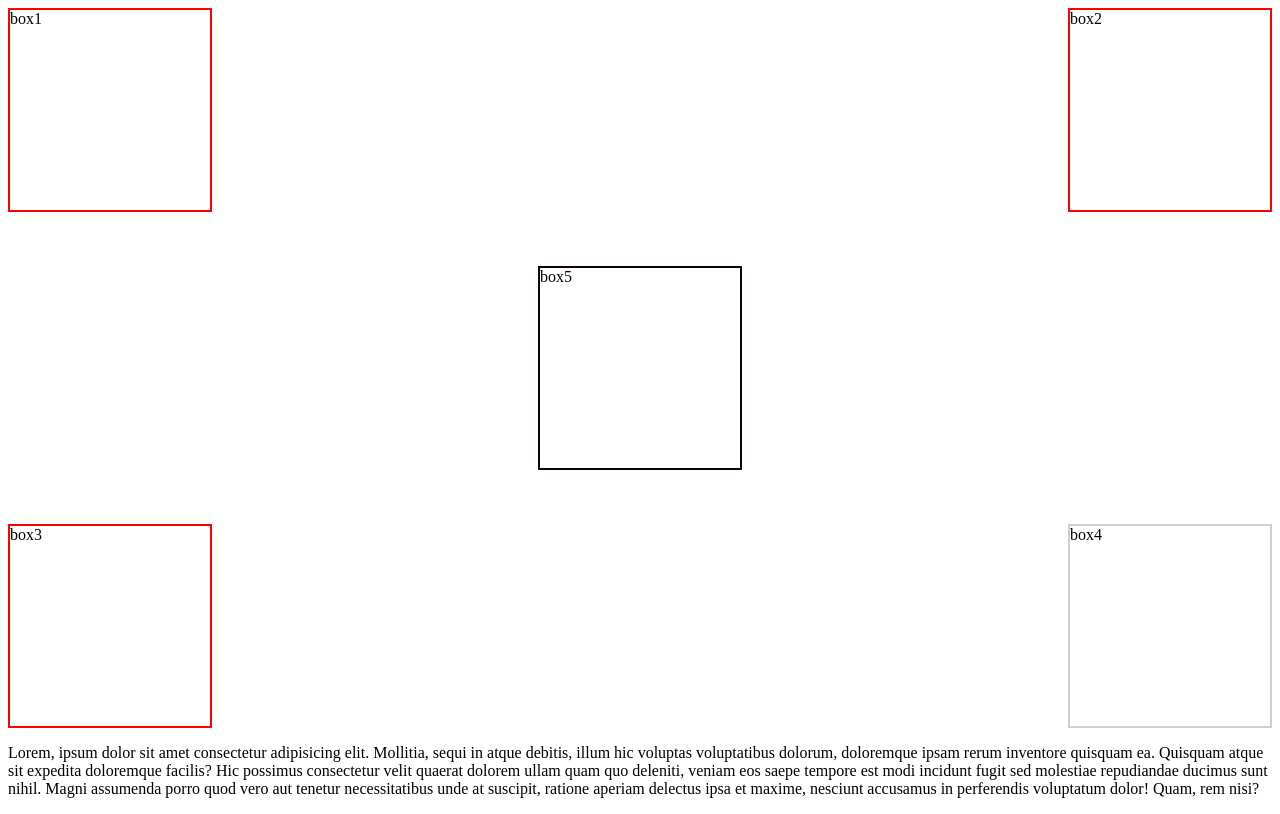
Repository: ABDUSALIMSUBAHIELBASHI/full-html-css-js
Page: Desktop/coding/css/index.html
The author's editor kept a copy of each file at every save. The page is drawn from the files as they stood at one save, then again after the next save.
The browser window is 1280 px wide. The pictures show the whole page.

Above is the page before, as saved 2025-09-16 08:57:00.

After the next save:
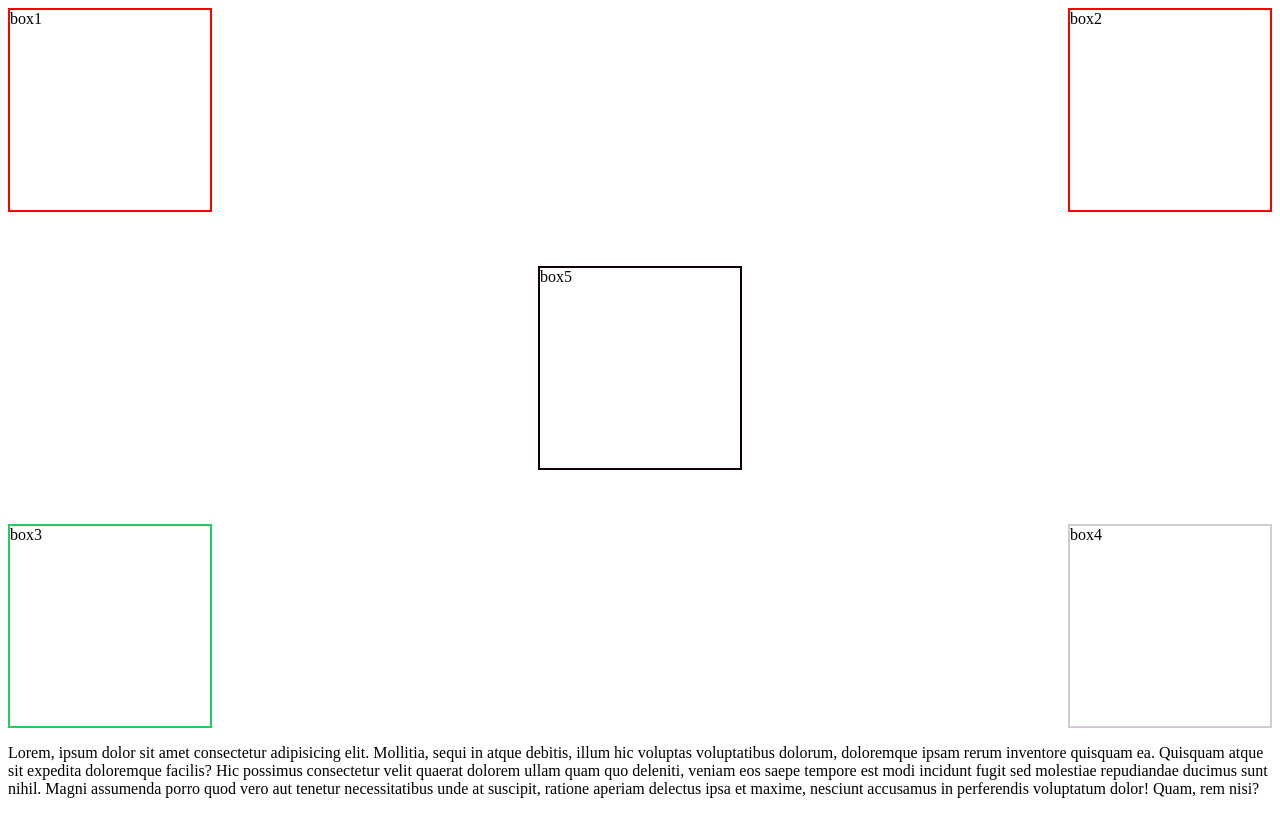
Saved 10 min 30 s later.
--- a/Desktop/coding/css/index.html
+++ b/Desktop/coding/css/index.html
@@ -29,7 +29,7 @@
         .box3 {
             width: 200px;
             height: 200px;
-            border: 2px solid red;
+            border: 2px solid rgb(35, 204, 92);
             position: absolute;
             left: 0px;
             bottom: 0px;
